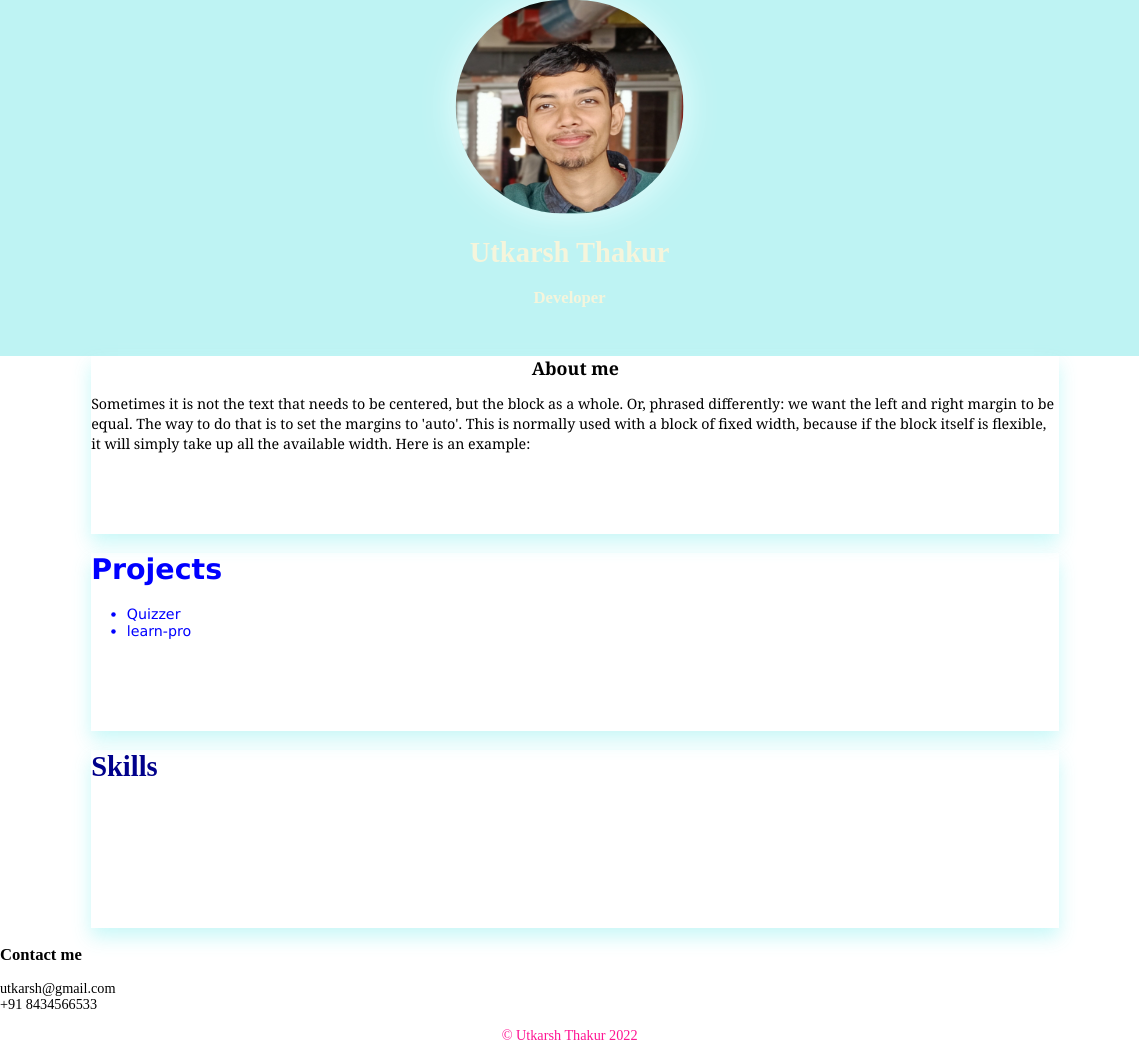
Repository: UtkarshThakur321/Utkarsh-Thakur-Profile
Page: index.html
An editor plug-in stored every save of this project. The page is shown before and after the next save, followed by the edit.
The browser window is 1280 px wide. The pictures show the whole page, at 89% of full size.

Above is the page before, as saved 2022-01-22 23:46:21.
Not found: main.js

### index.html
<!DOCTYPE html>
<html>
<head>
    <meta charset='utf-8'>
    <meta http-equiv='X-UA-Compatible' content='IE=edge'>
    <title>Page Title</title>
    <meta name='viewport' content='width=device-width, initial-scale=1'>
    <link rel='stylesheet' type='text/css' media='screen' href="index.css">
    <script src='main.js'></script>
</head>
<body>
    <div id="main">
    <!-- <div id="nav">
        <h1>My Resume</h1>
    </div> -->
    <center>
        <div id="intro">
            <div id="profileImage">
                 <img src="./Utkarsh_dp.jpg" alt="DP_Utkarsh__Thakur"
                 width="180" height="170">
            </div>
            <div id="profileName">
                <h1>Utkarsh Thakur</h1>
                <h3>Developer</h3>
            </div>

            <div>


             </div>
        </div>
    </center>



  <div id="aboutMe">
    <div id="aboutMeHeading">
        About me
    </div>
    <div id="aboutMeContent">
        <p>
            Sometimes it is not the text that needs to be centered, but the block as a whole. Or, phrased differently: we want the left and right margin to be equal. The way to do that is to set the margins to 'auto'. This is normally used with a block of fixed width, because if the block itself is flexible, it will simply take up all the available width. Here is an example:
        </p>
    </div>
  </div>



<div id="projects">
    <h1>Projects</h1>
    <ul>
        <li>Quizzer</li>
        <li>learn-pro</li>
    </ul>
</div>



    <div id="skills">
        <h1>Skills</h1>

    </div>

    <div id="footer">
        <h3>Contact me</h3>
        <p>
            utkarsh@gmail.com<br>
            +91 8434566533

        </p>
            <div id="copyright">
         &copy; Utkarsh Thakur 2022
            </div>
        </div>
    </div>



</body>
</html>

### index.css
body{
    width:100%;
    margin:0px;


}


#intro{
    /* background-image:url("./bg.jpg"); */
    background-color: rgb(190, 243, 243);
    height: 400px;
}


#profileImage>img{
    /* margin-top: 2%; */
    height:240px;
    width:20%;
    border-radius: 130px;
    box-shadow: 0px 0px 40px rgb(235, 253, 253);
}
#profileName{
    color:beige;
    font-family: cursive;
}

#aboutMe{
    width:85%;
    height:200px;
    /* border:2px solid green; */
    margin-left:8%;
    box-shadow: 0px 10px 20px rgba(195, 247, 247, 0.911);
}


#aboutMeHeading{
    text-align:center;
    font-family: Georgia, 'Times New Roman', Times, serif;
    font-size:20px;
    font-weight: bold;
}
#aboutMeContent{

    font-family: Georgia, 'Times New Roman', Times, serif;
    font-size:16px;

}

#projects{
    width:85%;
        height:200px;
        /* border:2px solid green; */
        margin-left:8%;
        box-shadow: 0px 10px 20px rgba(195, 247, 247, 0.911);
    font-family: Verdana, Geneva, Tahoma, sans-serif;
    color:blue;
}

#skills{
        width:85%;
        height:200px;
        /* border:2px solid green; */
        margin-left:8%;
        box-shadow: 0px 10px 20px rgba(195, 247, 247, 0.911);
}

#skills{
    color:darkblue;
    font-weight: 400;

}

hr{
    margin:0px;
}

#nav{
    height:50px;
    display:content;
    text-align: center;
    font-weight: 900;
    color:black;}
    /* text-align: center;
    font-family: Verdana, Geneva, Tahoma, sans-serif;
} */



.img{
    height:10px;
    width:10%;
}



/* #footer{
    text-align: center;
} */
#copyright{
    text-align: center;
    color:deeppink
}

After the next save:
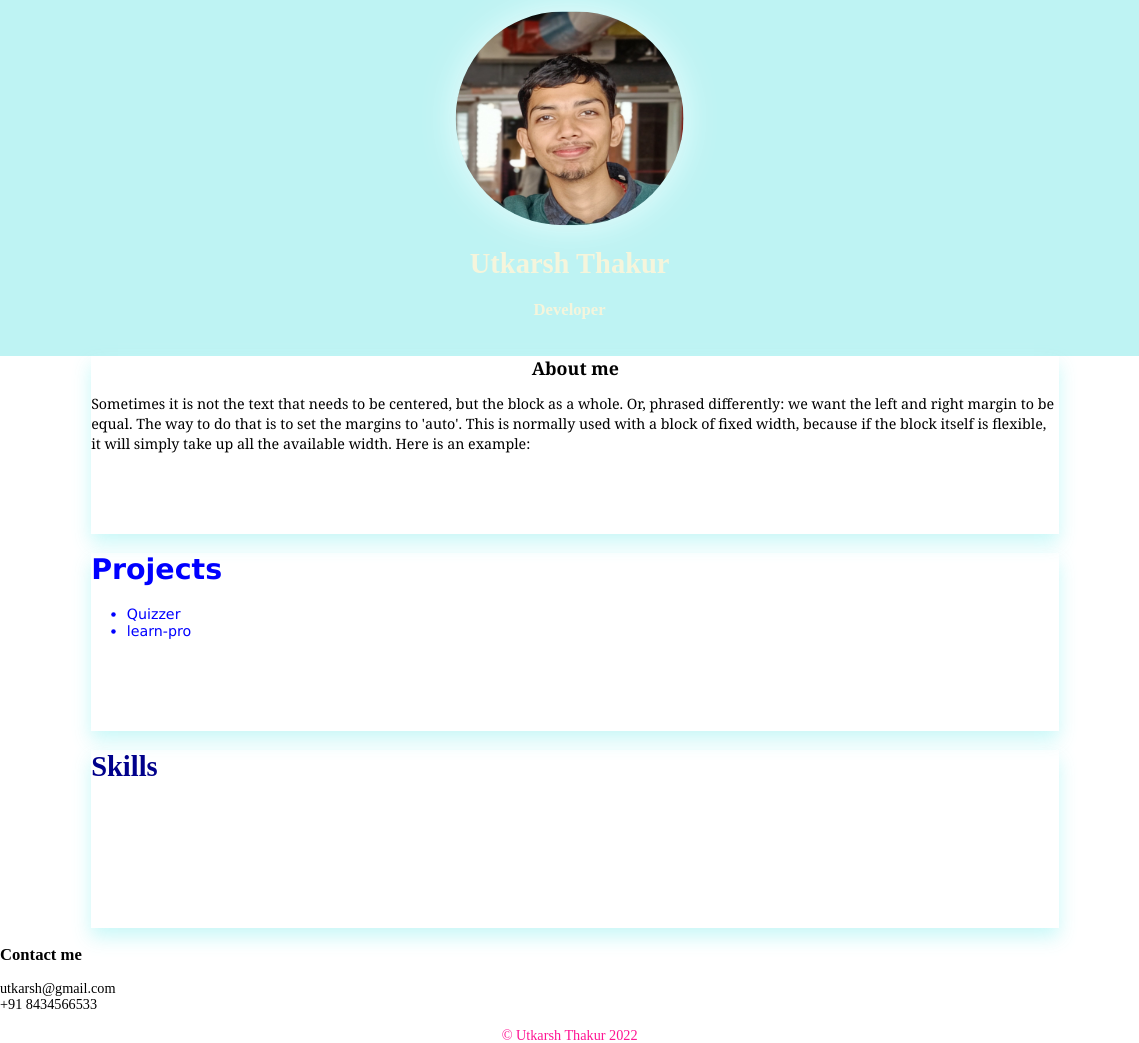
Saved 9 s later.
--- a/index.css
+++ b/index.css
@@ -14,7 +14,7 @@ body{
 
 
 #profileImage>img{
-    /* margin-top: 2%; */
+    margin-top: 1%;
     height:240px;
     width:20%;
     border-radius: 130px;
